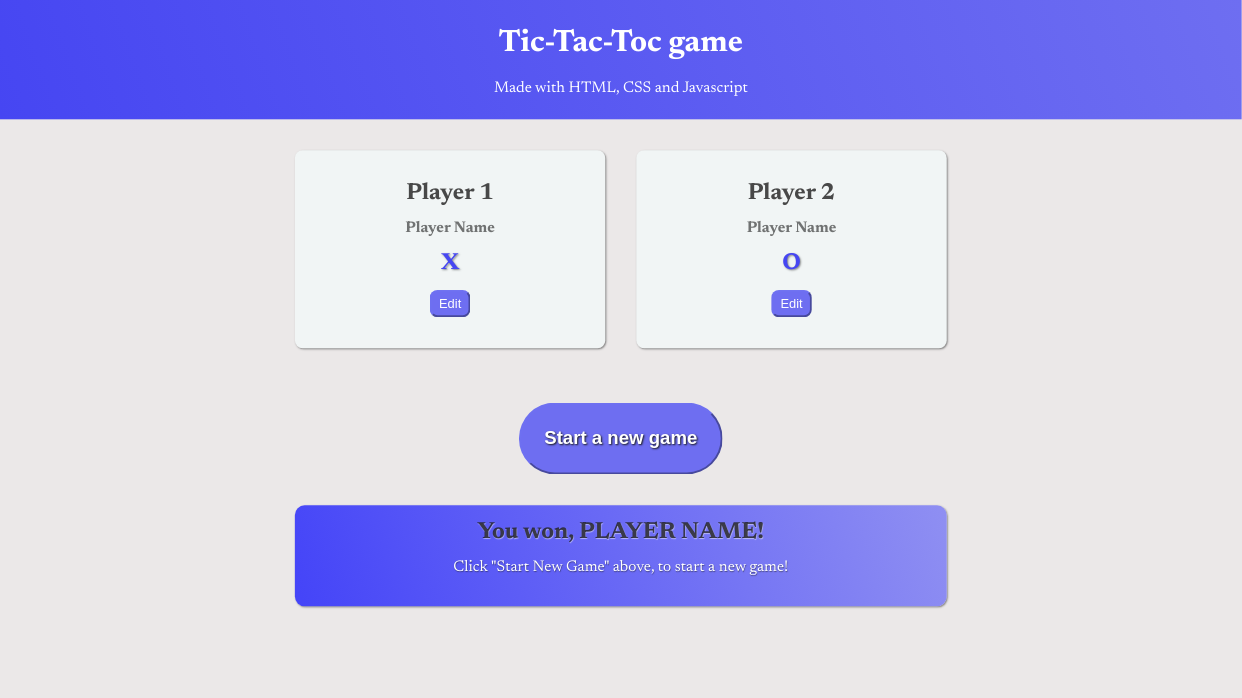
Repository: MicTomm/Tic-tac-toe-game
Page: index.html
An editor plug-in stored every save of this project. The page is shown before and after the next save, followed by the edit.
The browser window is 1280 px wide. The pictures show the whole page, at 97% of full size.

Above is the page before, as saved 2023-06-25 14:01:08.

After the next save:
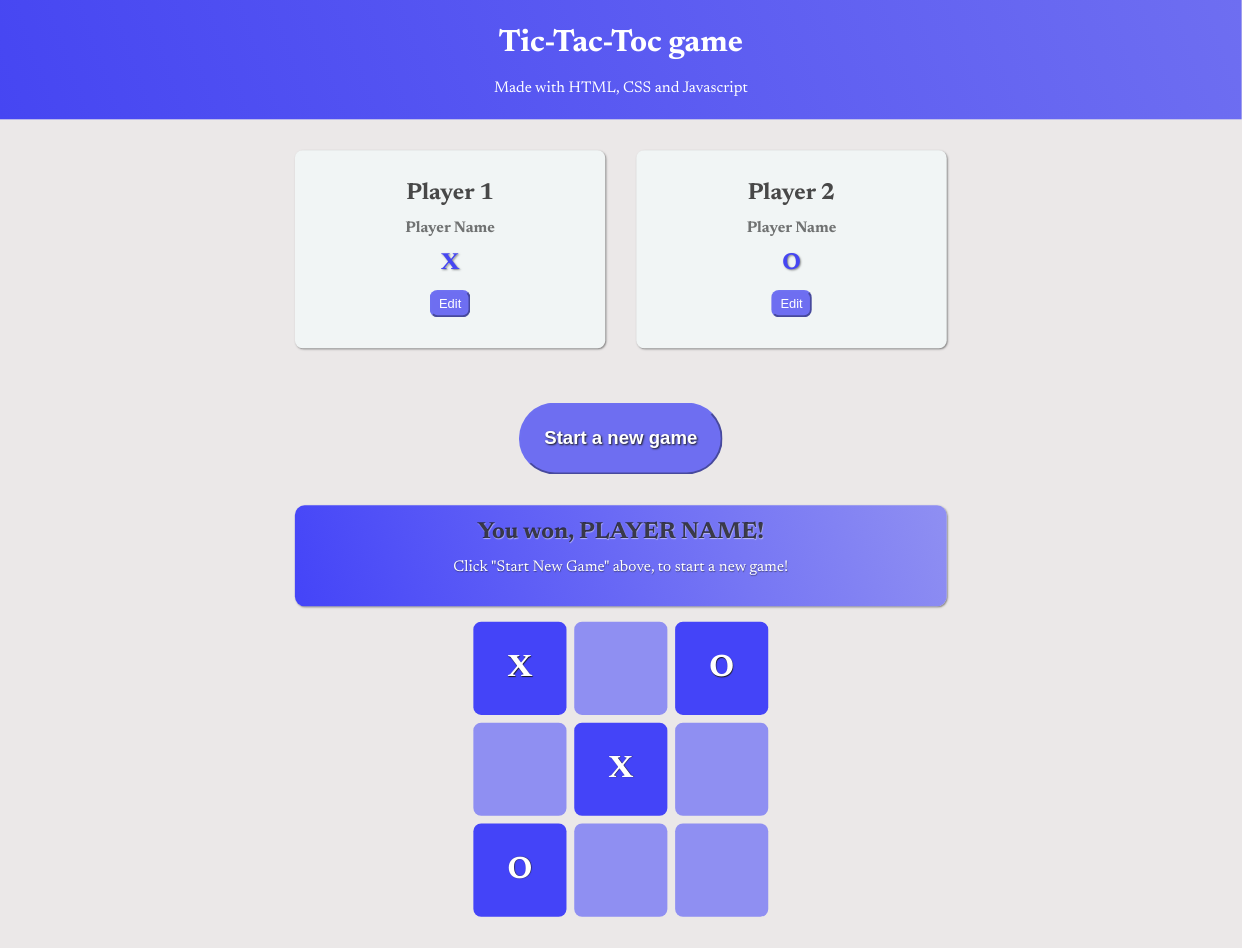
Saved 2 min 26 s later.
--- a/styles/game-execution.css
+++ b/styles/game-execution.css
@@ -29,10 +29,6 @@
 }
 
 #game-board{
-    display: none;
-}
-
-.activated-game-board{
     display: grid;
     justify-content: center;
     grid-template-columns: repeat(3, 6rem); /*lo stesso che scrivere 6rem 6rem 6rem*/
@@ -40,6 +36,10 @@
     list-style: none;
     gap: .5rem;
     padding: 0rem;
+}
+
+.activated-game-board{
+    display: none;
 }
 
 #game-execution li{
